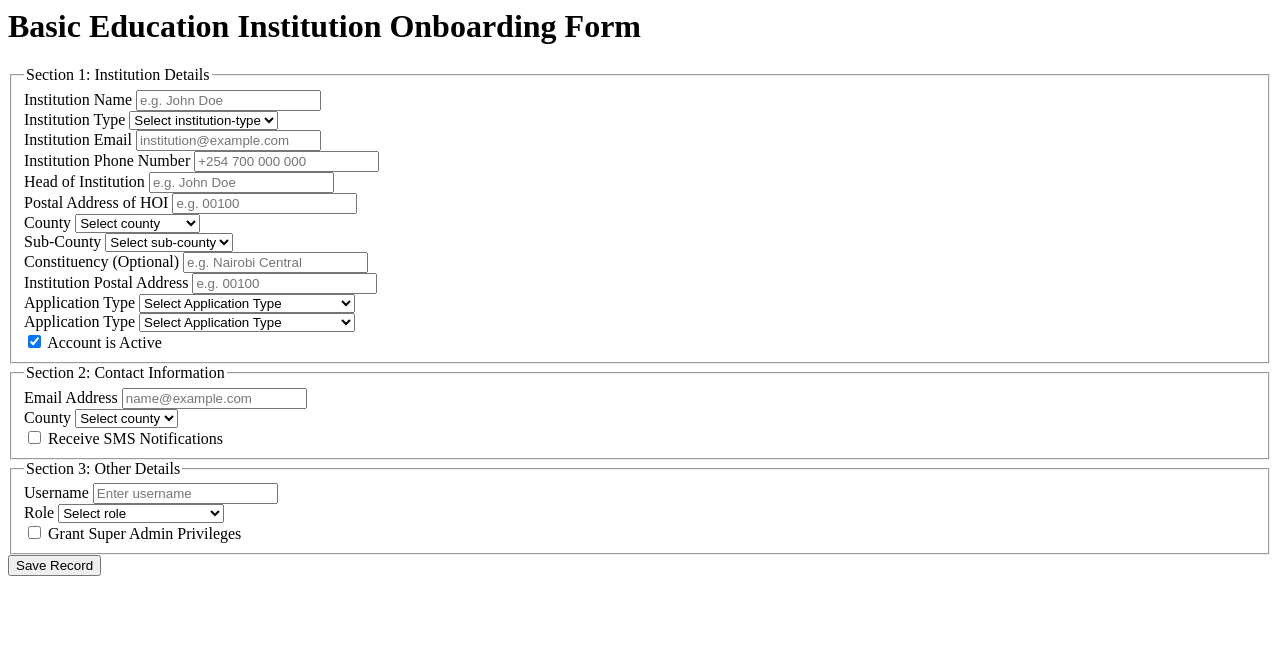
Repository: ndirituart/KEMIS
Page: angular-client/src/app/pages/basic-education/basic-education.html
These files come from the project's save history. The page is drawn as it stood at one moment and after the next save; the edit follows.
The browser window is 1280 px wide. The pictures show the whole page.

Above is the page before, as saved 2026-10-20 21:21:51.

### angular-client/src/app/pages/basic-education/basic-education.html
<div class="kemis-form-wrapper">
<form class="kemis-form" (ngSubmit)="onSubmit()" #myForm="ngForm">
<h1 class="text-center mb-4">Basic Education Institution Onboarding Form</h1>
  <!-- ========================================== -->
  <!-- Section 1: Institution Details                -->
  <!-- ========================================== -->
  <fieldset class="mb-4 p-3 border rounded">
    <legend class="float-none w-auto px-2 fs-5 fw-bold text-primary">Section 1: Institution Details</legend>

    <div class="row g-3">
      <!-- Institution Name -->
      <div class="col-md-6">
        <label for="fullName" class="form-label fw-semibold">Institution Name</label>
        <input type="text" class="form-control" id="fullName" name="fullName" placeholder="e.g. John Doe" required>
      </div>

      <!-- Type of School based on Gender -->
      <div class="col-md-6">
        <label for="institution-type" class="form-label fw-semibold">Institution Type</label>
        <select class="form-select" id="institution-type" name="institution-type" required>
          <option value="" disabled selected>Select institution-type</option>
          <option value="Boy's School">Boy's School</option>
          <option value="Girl's School">Girl's School</option>
          <option value="Mixed School">Mixed School</option>
        </select>
      </div>

      <!-- Institution Email -->
      <div class="col-md-6">
        <label for="emailId" class="form-label fw-semibold">Institution Email</label>
        <input type="email" class="form-control" id="emailId" name="emailId" placeholder="institution@example.com" required>
      </div>

      <!-- Institution Phone Number -->
      <div class="col-md-6">
        <label for="phoneNumber" class="form-label fw-semibold">Institution Phone Number</label>
        <input type="tel" class="form-control" id="phoneNumber" name="phoneNumber" placeholder="+254 700 000 000" required>
      </div>

      <!-- Head of Institution -->
      <div class="col-md-6">
        <label for="headOfInstitution" class="form-label fw-semibold">Head of Institution</label>
        <input type="text" class="form-control" id="headOfInstitution" name="headOfInstitution" placeholder="e.g. John Doe" required>
      </div>

      <!-- Postal Address of HOI -->
      <div class="col-md-6">
        <label for="postalAddressHoi" class="form-label fw-semibold">Postal Address of HOI</label>
        <input type="text" class="form-control" id="postalAddressHoi" name="postalAddressHoi" placeholder="e.g. 00100" required>
      </div>

      <!--County List-->
      <div class="col-md-6">
        <label for="county" class="form-label fw-semibold">County</label>
        <select class="form-select" id="county" name="county" required>
          <option value="" disabled selected>Select county</option>
      <option value="baringo">Baringo</option>
      <option value="bomet">Bomet</option>
      <option value="bungoma">Bungoma</option>
      <option value="busia">Busia</option>
      <option value="elgeyo marakwet">Elgeyo Marakwet</option>
      <option value="embu">Embu</option>
      <option value="garissa">Garissa</option>
      <option value="homa bay">Homa Bay</option>
      <option value="isiolo">Isiolo</option>
      <option value="kajiado">Kajiado</option>
      <option value="kakamega">Kakamega</option>
      <option value="kericho">Kericho</option>
      <option value="kiambu">Kiambu</option>
      <option value="kilifi">Kilifi</option>
      <option value="kirinyaga">Kirinyaga</option>
      <option value="kisii">Kisii</option>
      <option value="kisumu">Kisumu</option>
      <option value="kitui">Kitui</option>
      <option value="kwale">Kwale</option>
      <option value="laikipia">Laikipia</option>
      <option value="lamu">Lamu</option>
      <option value="machakos">Machakos</option>
      <option value="makueni">Makueni</option>
      <option value="mandera">Mandera</option>
      <option value="meru">Meru</option>
      <option value="migori">Migori</option>
      <option value="marsabit">Marsabit</option>
      <option value="mombasa">Mombasa</option>
      <option value="muranga">Muranga</option>
      <option value="nairobi">Nairobi</option>
      <option value="nakuru">Nakuru</option>
      <option value="nandi">Nandi</option>
      <option value="narok">Narok</option>
      <option value="nyamira">Nyamira</option>
      <option value="nyandarua">Nyandarua</option>
      <option value="nyeri">Nyeri</option>
      <option value="samburu">Samburu</option>
      <option value="siaya">Siaya</option>
      <option value="taita taveta">Taita Taveta</option>
      <option value="tana river">Tana River</option>
      <option value="tharaka nithi">Tharaka Nithi</option>
      <option value="trans nzoia">Trans Nzoia</option>
      <option value="turkana">Turkana</option>
      <option value="uasin gishu">Uasin Gishu</option>
      <option value="vihiga">Vihiga</option>
      <option value="wajir">Wajir</option>
      <option value="pokot">West Pokot</option>
  </select>
      </div>

      <!--TO-DO: Nestsed array for Sub-County List dependent on county chosen-->
      <div class="col-md-6">
        <label for="subCounty" class="form-label fw-semibold">Sub-County</label>
        <select class="form-select" id="subCounty" name="subCounty" required>
          <option value="" disabled selected>Select sub-county</option>
        </select>
      </div>

      <!--Constituency Name OPTIONAL-->
      <div class="col-md-6">
        <label for="constituency" class="form-label fw-semibold">Constituency (Optional)</label>
        <input type="text" class="form-control" id="constituency" name="constituency" placeholder="e.g. Nairobi Central">
      </div>

      <!--Institution Postal Address-->
      <div class="col-md-6">
        <label for="postalAddressInstitution" class="form-label fw-semibold">Institution Postal Address</label>
        <input type="text" class="form-control" id="postalAddressInstitution" name="postalAddressInstitution" placeholder="e.g. 00100" required>
      </div>

       <!-- Application Type -->
      <div class="col-md-6">
        <label for="application-type" class="form-label fw-semibold">Application Type</label>
        <select class="form-select" id="application-type" name="application-type" required>
          <option value="" disabled selected>Select Application Type</option>
          <option value="Regular School">Regular School</option>
          <option value="Regular School with Special Unit">Regular School with Special Unit</option>
          <option value="Special School">Special School</option>
        </select>
      </div>

       <!-- Institution Level -->
      <div class="col-md-6">
        <label for="application-type" class="form-label fw-semibold">Application Type</label>
        <select class="form-select" id="application-type" name="application-type" required>
          <option value="" disabled selected>Select Application Type</option>
          <option value="Regular School">Regular School</option>
          <option value="Regular School with Special Unit">Regular School with Special Unit</option>
          <option value="Special School">Special School</option>
        </select>
      </div>

      <!-- Boolean Toggle (Switch) -->
      <div class="col-12 mt-3">
        <div class="form-check form-switch">
          <input class="form-check-input" type="checkbox" role="switch" id="isActive" name="isActive" checked>
          <label class="form-check-label fw-semibold" for="isActive">Account is Active</label>
        </div>
      </div>
    </div>
  </fieldset>

  <!-- ========================================== -->
  <!-- SECTION 2: Coordinates            -->
  <!-- ========================================== -->
  <fieldset class="mb-4 p-3 border rounded">
    <legend class="float-none w-auto px-2 fs-5 fw-bold text-primary">Section 2: Contact Information</legend>

    <div class="row g-3">
      <!-- Text Input -->
      <div class="col-md-6">
        <label for="emailId" class="form-label fw-semibold">Email Address</label>
        <input type="emailId" class="form-control" id="emailId" name="emailId" placeholder="name@example.com" required>
      </div>

      <!-- Dropdown -->
      <div class="col-md-6">
        <label for="county" class="form-label fw-semibold">County</label>
        <select class="form-select" id="county" name="county" required>
          <option value="" disabled selected>Select county</option>
          <option value="Nairobi">Nairobi</option>
          <option value="Mombasa">Mombasa</option>
          <option value="Kisumu">Kisumu</option>
        </select>
      </div>

      <!-- Boolean Toggle -->
      <div class="col-12 mt-3">
        <div class="form-check form-switch">
          <input class="form-check-input" type="checkbox" role="switch" id="receiveSms" name="receiveSms">
          <label class="form-check-label fw-semibold" for="receiveSms">Receive SMS Notifications</label>
        </div>
      </div>
    </div>
  </fieldset>

  <!-- ========================================== -->
  <!-- SECTION 3: Other Details                -->
  <!-- ========================================== -->
  <fieldset class="mb-4 p-3 border rounded">
    <legend class="float-none w-auto px-2 fs-5 fw-bold text-primary">Section 3: Other Details</legend>

    <div class="row g-3">
      <!-- Text Input -->
      <div class="col-md-6">
        <label for="username" class="form-label fw-semibold">Username</label>
        <input type="text" class="form-control" id="username" name="username" placeholder="Enter username" required>
      </div>

      <!-- Dropdown -->
      <div class="col-md-6">
        <label for="role" class="form-label fw-semibold">Role</label>
        <select class="form-select" id="role" name="role" required>
          <option value="" disabled selected>Select role</option>
          <option value="Admin">Admin</option>
          <option value="IT Officer">IT Officer</option>
          <option value="Head of Institution (HOI)">Head of Institution (HOI)</option>
        </select>
      </div>

      <!-- Boolean Toggle -->
      <div class="col-12 mt-3">
        <div class="form-check form-switch">
          <input class="form-check-input" type="checkbox" role="switch" id="isSuperAdmin" name="isSuperAdmin">
          <label class="form-check-label fw-semibold" for="isSuperAdmin">Grant Super Admin Privileges</label>
        </div>
      </div>
    </div>
  </fieldset>

  <!-- Submit Button -->
  <div class="d-grid gap-2 mt-4">
    <button type="submit" class="btn btn-primary btn-lg">Save Record</button>
  </div>

</form>
</div>

After the next save:
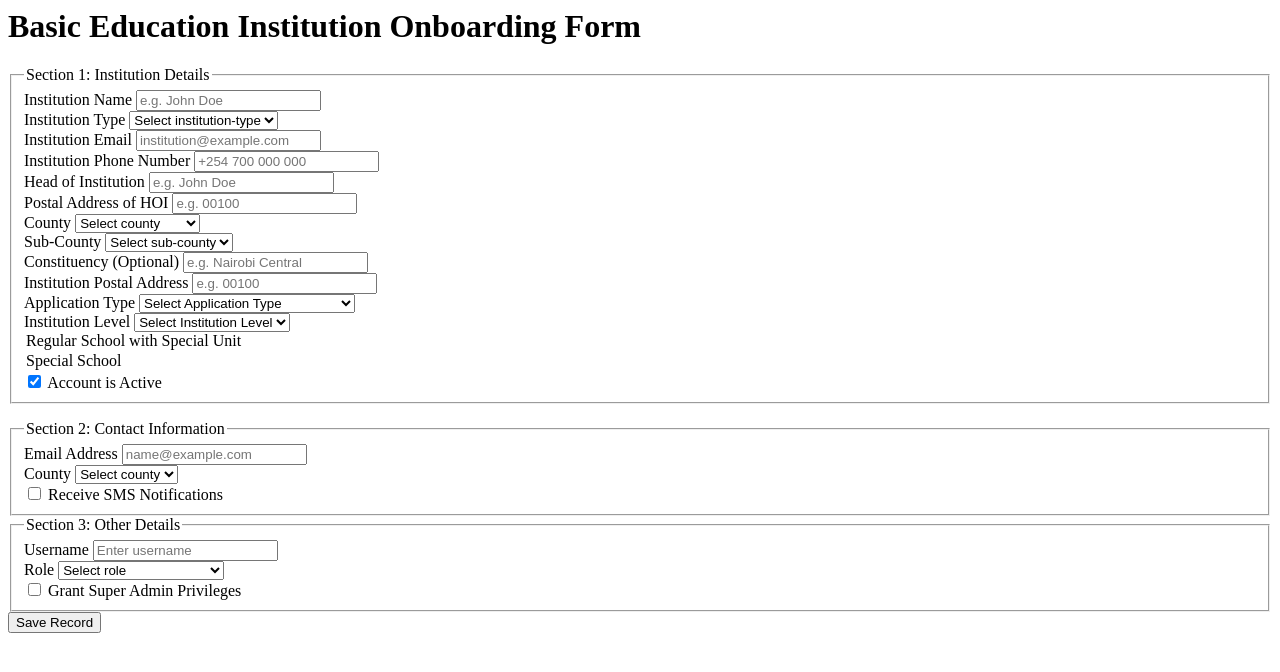
Saved 5 s later.
--- a/angular-client/src/app/pages/basic-education/basic-education.html
+++ b/angular-client/src/app/pages/basic-education/basic-education.html
@@ -137,10 +137,14 @@
 
        <!-- Institution Level -->
       <div class="col-md-6">
-        <label for="application-type" class="form-label fw-semibold">Application Type</label>
-        <select class="form-select" id="application-type" name="application-type" required>
-          <option value="" disabled selected>Select Application Type</option>
-          <option value="Regular School">Regular School</option>
+        <label for="institution-level" class="form-label fw-semibold">Institution Level</label>
+        <select class="form-select" id="institution-level" name="institution-level" required>
+          <option value="" disabled selected>Select Institution Level</option>
+          <option value="Primary">Primary</option>
+          <option value="Secondary">Secondary</option>
+          <option value="High School">High School</option>
+        </select>
+      </div>
           <option value="Regular School with Special Unit">Regular School with Special Unit</option>
           <option value="Special School">Special School</option>
         </select>

After the save that followed:
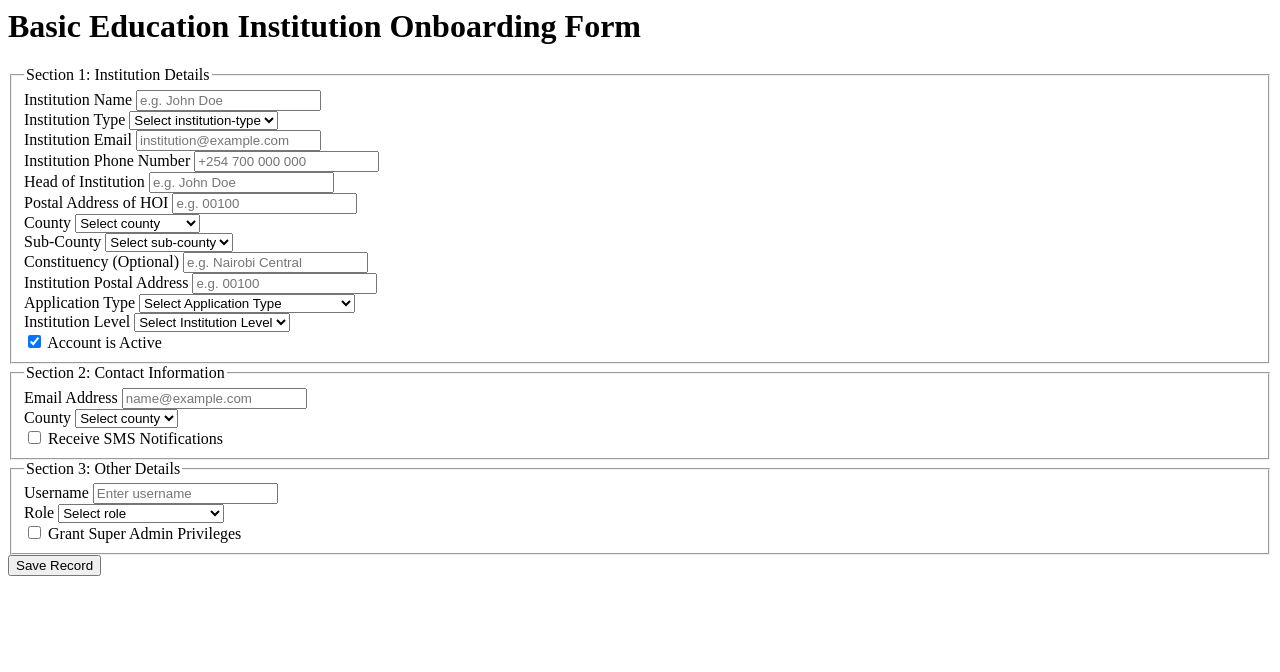
Saved 24 s later.
--- a/angular-client/src/app/pages/basic-education/basic-education.html
+++ b/angular-client/src/app/pages/basic-education/basic-education.html
@@ -145,10 +145,6 @@
           <option value="High School">High School</option>
         </select>
       </div>
-          <option value="Regular School with Special Unit">Regular School with Special Unit</option>
-          <option value="Special School">Special School</option>
-        </select>
-      </div>
 
       <!-- Boolean Toggle (Switch) -->
       <div class="col-12 mt-3">
